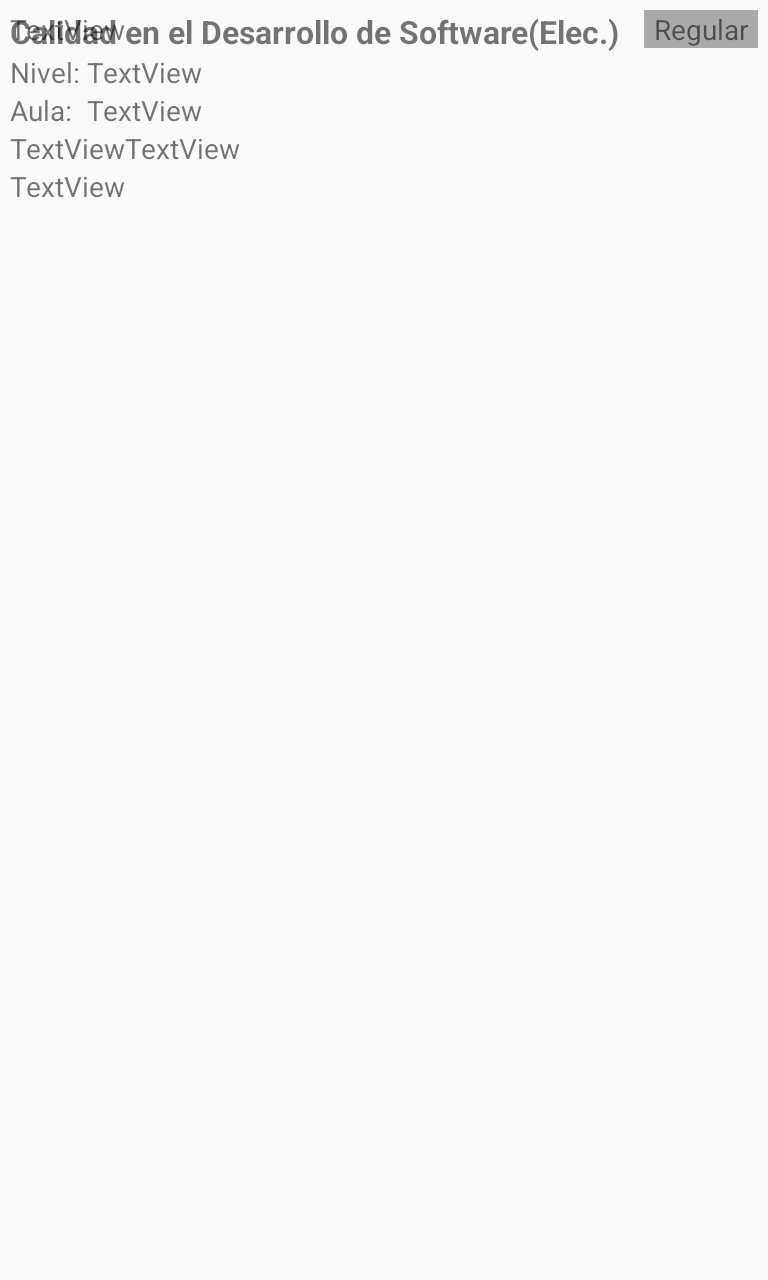
Repository: juanpablobono/Sysacadalumnos
Layout: Sysacad/res/layout/lst_cursado_item.xml
An editor plug-in stored every save of this project. The layout is shown before and after the next save, followed by the edit.
It is drawn on a 768 x 1280 px phone screen (xhdpi) without system bars, with theme temaSysacad; the app's code is not run.

Above is the layout before, as saved 2014-07-07 12:47:37.

### Sysacad/res/layout/lst_cursado_item.xml
<?xml version="1.0" encoding="utf-8"?>
<RelativeLayout xmlns:android="http://schemas.android.com/apk/res/android"
    android:layout_width="match_parent"
    android:layout_height="match_parent"
    android:padding="5dp">

    <TextView
        android:id="@+id/lblNombreMateria"
        android:layout_width="wrap_content"
        android:layout_height="wrap_content"
        android:layout_alignParentLeft="true"
        android:layout_alignParentTop="true"
        android:text="Calidad en el Desarrollo de Software(Elec.)"
        android:layout_toLeftOf="@+id/lblCondicion"
        android:layout_marginRight="5dp"
        android:textSize="16sp"
        android:textStyle="bold"
        android:maxLines="1"/>

    <TextView
        android:id="@+id/lblCondicion"
        android:layout_width="wrap_content"
        android:layout_height="wrap_content"
        android:layout_alignParentRight="true"
        android:layout_alignParentTop="true"
        android:background="@android:color/darker_gray"
        android:text="Regular"
        android:paddingLeft="5dp"
        android:paddingRight="5dp"/>

    <TextView
        android:id="@+id/lblForNivel"
        android:layout_width="wrap_content"
        android:layout_height="wrap_content"
        android:layout_alignParentLeft="true"
        android:layout_below="@+id/lblNombreMateria"
        android:text="Nivel: " />

    <TextView
        android:id="@+id/lblForAula"
        android:layout_width="wrap_content"
        android:layout_height="wrap_content"
        android:layout_alignParentLeft="true"
        android:layout_below="@+id/lblForNivel"
        android:text="Aula: " />

    <TextView
        android:id="@+id/lblNivel"
        android:layout_width="wrap_content"
        android:layout_height="wrap_content"
        android:layout_alignBaseline="@+id/lblForNivel"
        android:layout_alignBottom="@+id/lblForNivel"
        android:layout_toRightOf="@+id/lblForNivel"
        android:text="TextView" />

    <TextView
        android:id="@+id/lblAula"
        android:layout_width="wrap_content"
        android:layout_height="wrap_content"
        android:layout_alignBaseline="@+id/lblForAula"
        android:layout_alignBottom="@+id/lblForAula"
        android:layout_alignLeft="@+id/lblNivel"
        android:text="TextView" />

    <TextView
        android:id="@+id/lblForHorarios"
        android:layout_width="wrap_content"
        android:layout_height="wrap_content"
        android:layout_alignParentLeft="true"
        android:layout_below="@+id/lblForAula"
        android:text="TextView" />

    <TextView
        android:id="@+id/lblForParciales"
        android:layout_width="wrap_content"
        android:layout_height="wrap_content"
        android:layout_alignParentLeft="true"
        android:layout_below="@+id/lblForHorarios"
        android:text="TextView" />

    <TextView
        android:id="@+id/lblHorarios"
        android:layout_width="wrap_content"
        android:layout_height="wrap_content"
        android:layout_alignBaseline="@+id/lblForHorarios"
        android:layout_alignBottom="@+id/lblForHorarios"
        android:layout_toRightOf="@+id/lblForHorarios"
        android:text="TextView" />

    <TextView
        android:id="@+id/lblParciales"
        android:layout_width="wrap_content"
        android:layout_height="wrap_content"
        android:layout_alignBaseline="@+id/textView2"
        android:layout_alignBottom="@+id/textView2"
        android:layout_alignLeft="@+id/textView3"
        android:text="TextView" />

</RelativeLayout>

### Sysacad/res/values/styles.xml
<resources xmlns:android="http://schemas.android.com/apk/res/android">

    <!--
        Base application theme, dependent on API level. This theme is replaced
        by AppBaseTheme from res/values-vXX/styles.xml on newer devices.

         <item name="android:background">@color/background_activities</item>
    -->

    <!-- the theme applied to the application or activity -->

    <style name="temaSysacad" parent="@style/Theme.AppCompat.Light.DarkActionBar">

    </style>

</resources>

After the next save:
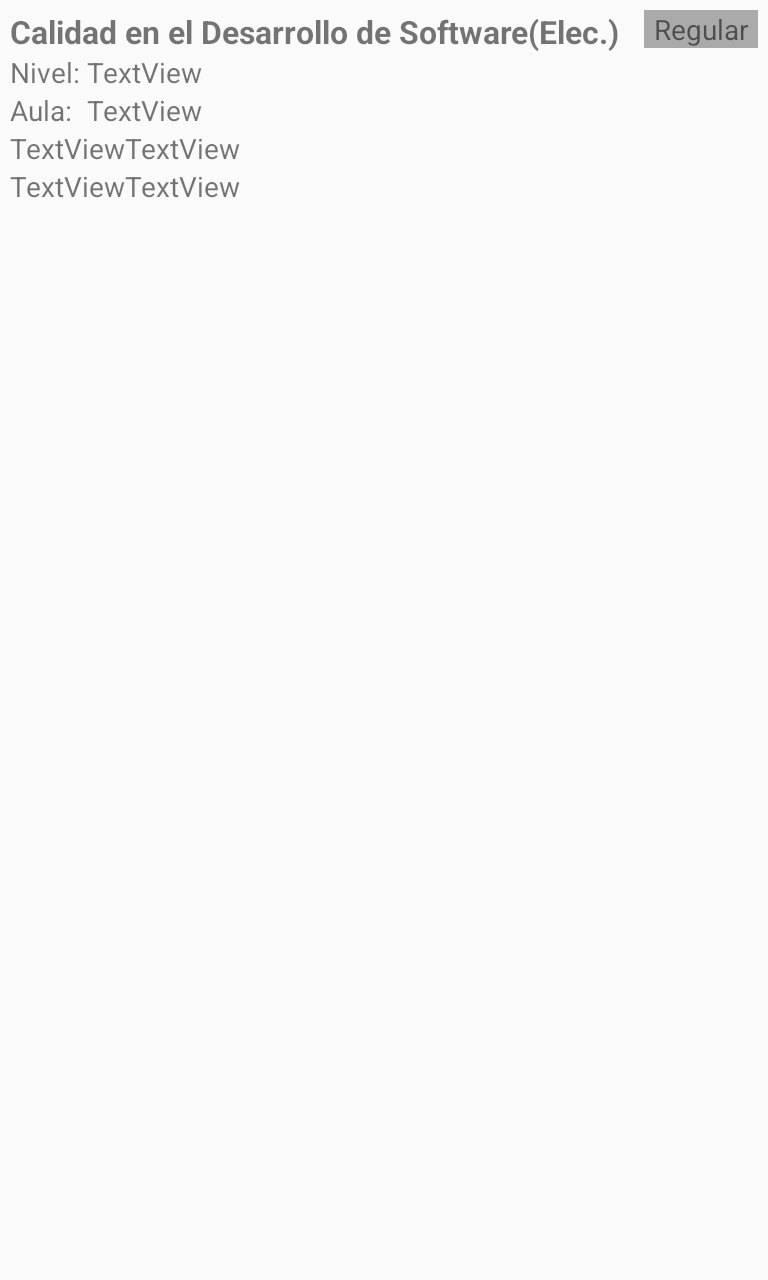
Saved 9 s later.
--- a/Sysacad/res/layout/lst_cursado_item.xml
+++ b/Sysacad/res/layout/lst_cursado_item.xml
@@ -91,9 +91,9 @@
         android:id="@+id/lblParciales"
         android:layout_width="wrap_content"
         android:layout_height="wrap_content"
-        android:layout_alignBaseline="@+id/textView2"
-        android:layout_alignBottom="@+id/textView2"
-        android:layout_alignLeft="@+id/textView3"
+        android:layout_alignBaseline="@+id/lblForParciales"
+        android:layout_alignBottom="@+id/lblForParciales"
+        android:layout_alignLeft="@+id/lblHorarios"
         android:text="TextView" />
 
 </RelativeLayout>
